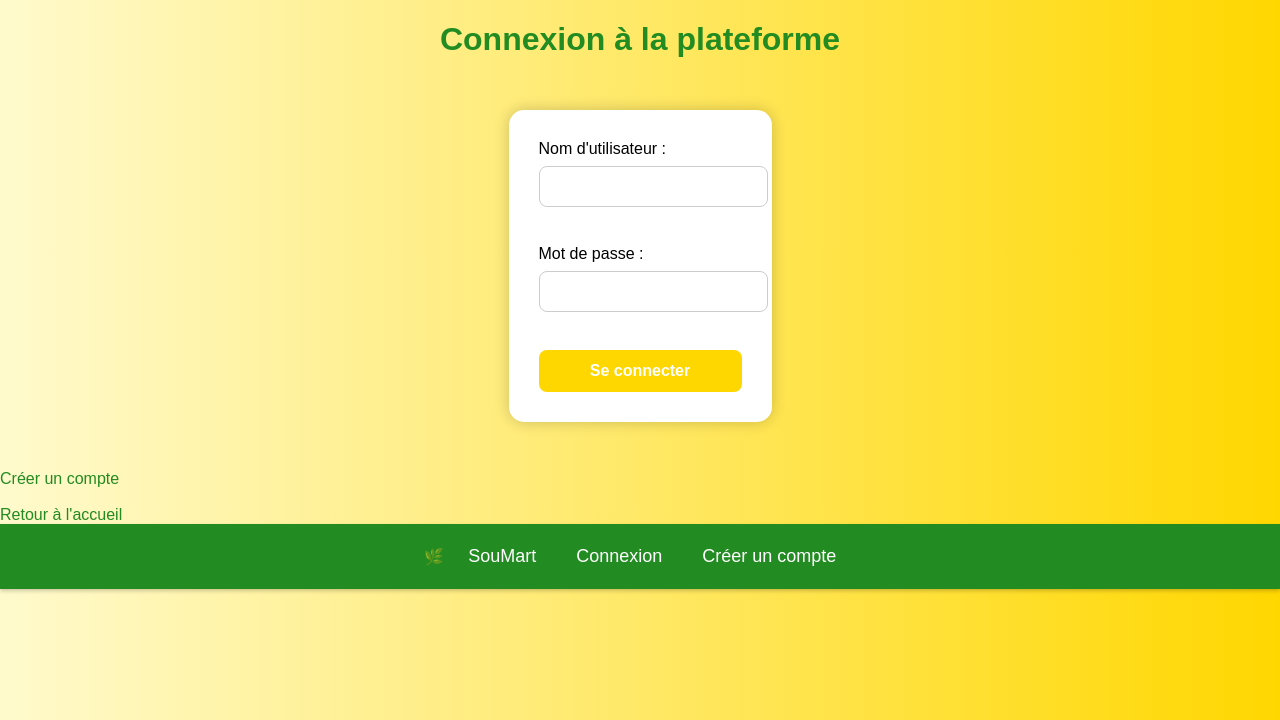
Repository: SouhailMar10/FOOD-MART
Page: http://localhost/login?next=%2Fdashboard_personnel
The author's editor kept a copy of each file at every save. The page is drawn from the files as they stood at one save, then again after the next save.
The browser window is 1280 px wide. The pictures show the whole page.
The page is served by the project's application, run on Flask 3 (app.py).

Above is the page before, as saved 2025-04-27 01:06:42.

After the next save:
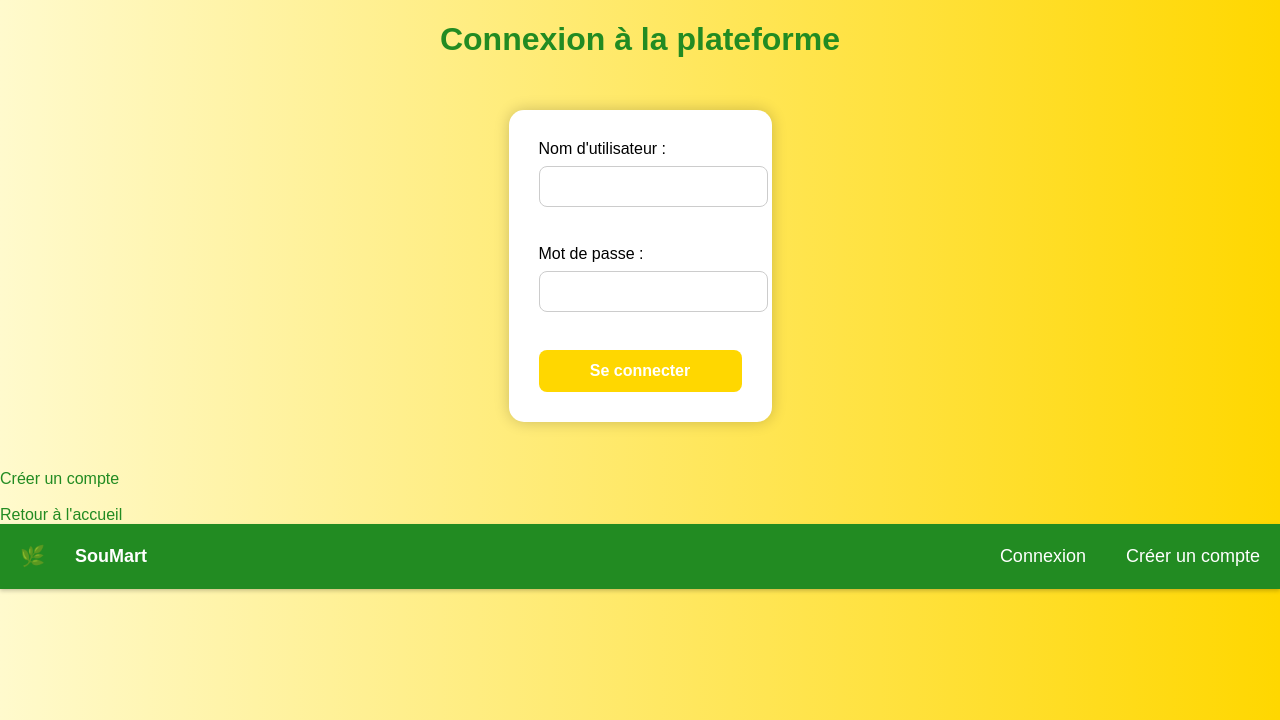
Saved 17 s later.
--- a/static/style.css
+++ b/static/style.css
@@ -163,3 +163,23 @@ a:hover {
     color: #333;
     border-radius: 8px;
 }
+/* Brand (icone + nom) */
+.navbar-brand {
+    display: flex;
+    align-items: center;
+    margin-right: auto;
+    font-size: 20px;
+    color: #ffffff;
+    padding-left: 20px;
+}
+
+.navbar-brand a.brand-name {
+    color: #ffffff;
+    text-decoration: none;
+    font-weight: bold;
+    margin-left: 10px;
+}
+
+.navbar-brand a.brand-name:hover {
+    text-decoration: underline;
+}
